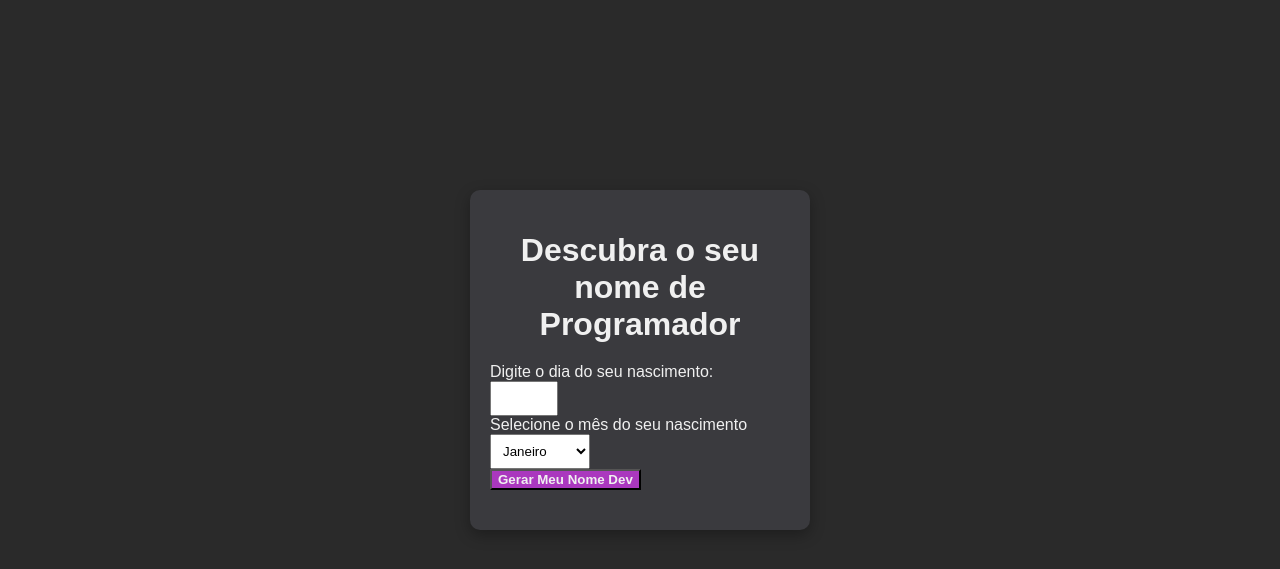
Repository: analessp/seu-nome-dev
Page: index.html
These files come from the project's save history. The page is drawn as it stood at one moment and after the next save; the edit follows.
The browser window is 1280 px wide. The pictures show the whole page.

Above is the page before, as saved 2025-05-13 11:31:07.

After the next save:
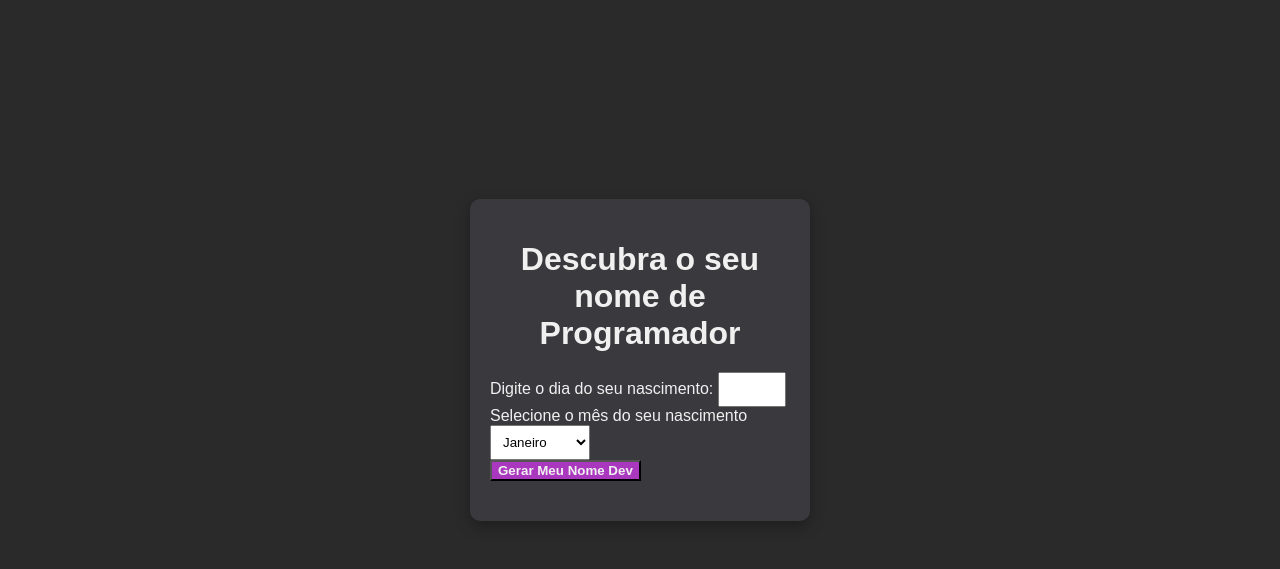
Saved 48 s later.
--- a/styles.css
+++ b/styles.css
@@ -21,6 +21,8 @@ h1 {
     text-align: center;
     margin-bottom: 20px;
 }
+
+.form-group
 
 .form-group label {
     flex: 1;
